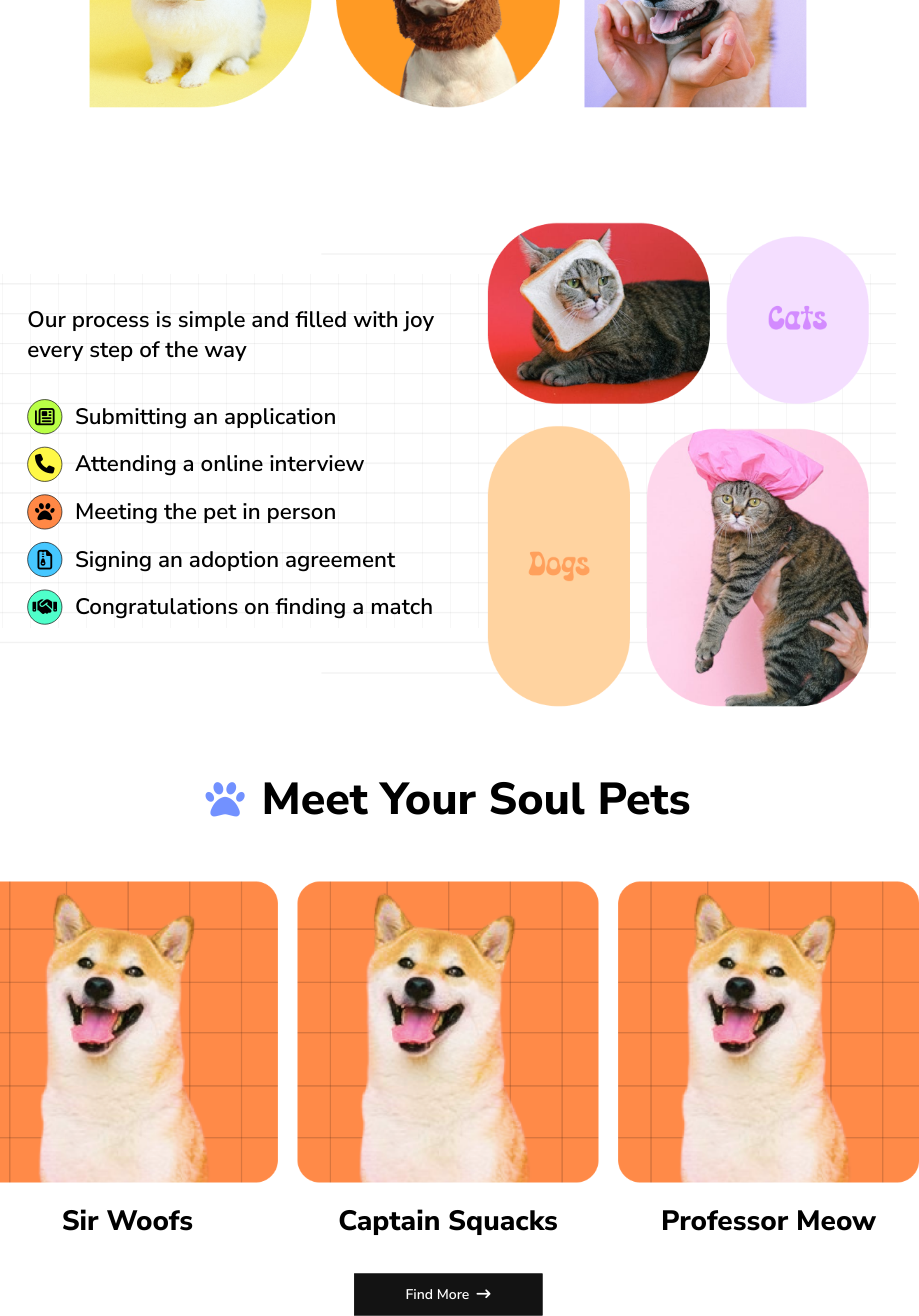
Repository: prashidika/purrfect-pet-adoption
Page: index.html
An editor plug-in stored every save of this project. The page is shown before and after the next save, followed by the edit.
The browser window is 1280 px wide. The page is 1313 px wide, so the pictures cover 1313 px, including what lies to the right of the window. The pictures show the part of the page from y = 825 to 2705 px (the page is 2705 px tall), at 70% of full size.
Some web libraries are served in a nearby version.

Above is the page before, as saved 2025-08-25 14:52:12.

After the next save:
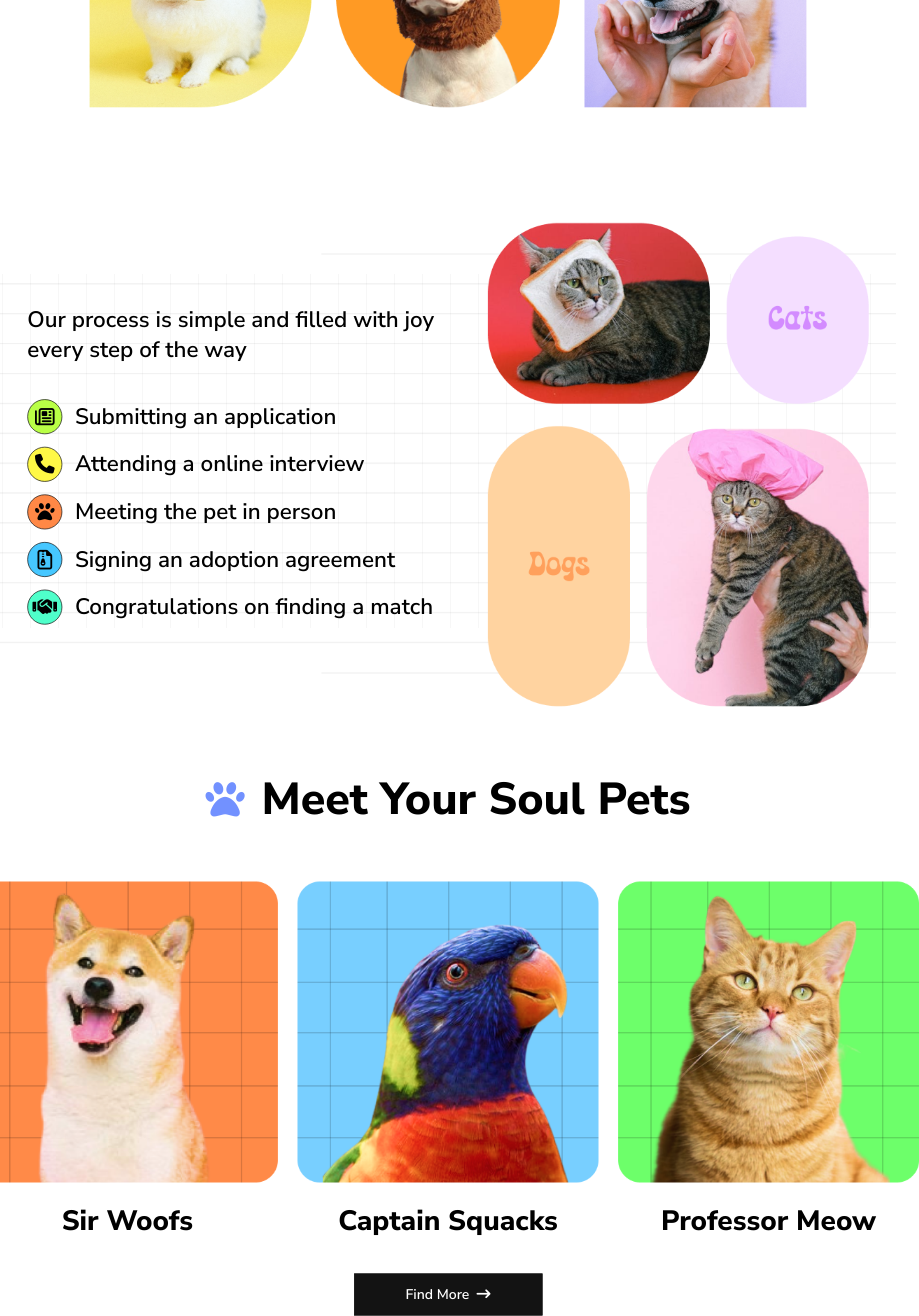
Saved 117 s later.
--- a/index.html
+++ b/index.html
@@ -152,11 +152,11 @@
             <h3>Sir Woofs</h3>
         </div>
         <div class="pet-item">
-            <img src="img/pet-item-1.png" alt="Sir Woofs" />
+            <img src="img/pet-item-2.png" alt="Sir Woofs" />
             <h3>Captain Squacks</h3>
         </div>
         <div class="pet-item">
-            <img src="img/pet-item-1.png" alt="Sir Woofs" />
+            <img src="img/pet-item-3.png" alt="Sir Woofs" />
             <h3>Professor Meow</h3>
         </div>
     </div>
